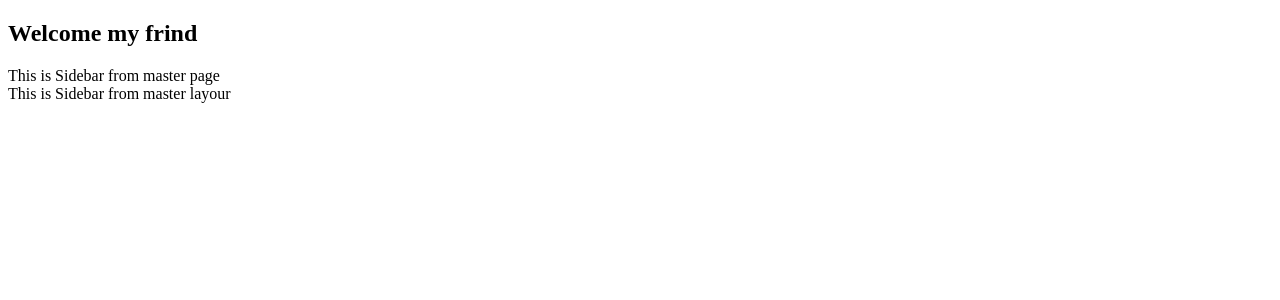
Repository: Waleied/laravel-postgres-app
Page: http://localhost/my
An editor plug-in stored every save of this project. The page is shown before and after the next save, followed by the edit.
The browser window is 1280 px wide. The pictures show the whole page.
The page is served by the project's Laravel application, run on PHP 8.4 with Laravel 8.

Above is the page before, as saved 2021-12-29 09:37:33.

After the next save:
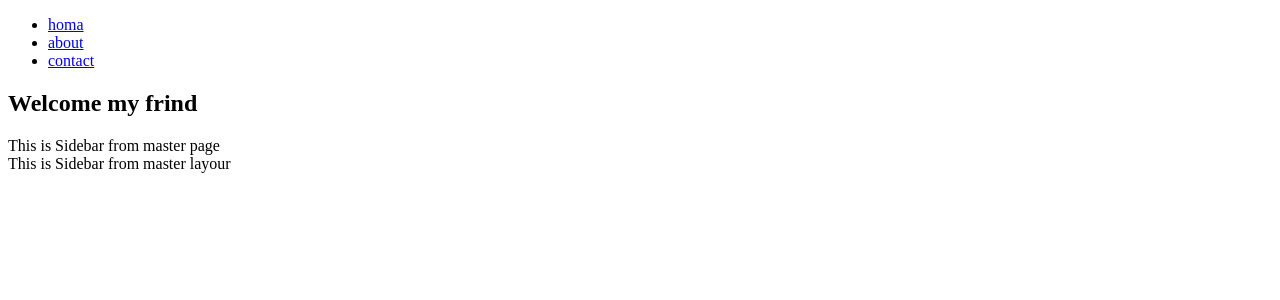
Saved 42 s later.
--- a/resources/views/extends/lidar.blade.php
+++ b/resources/views/extends/lidar.blade.php
@@ -7,7 +7,7 @@
         <title>@yield('title','No name')</title>
 </head>
 <body>
-
+    @include('extends.navbar')
     @yield('hello')
 
         @section('sidebar')
